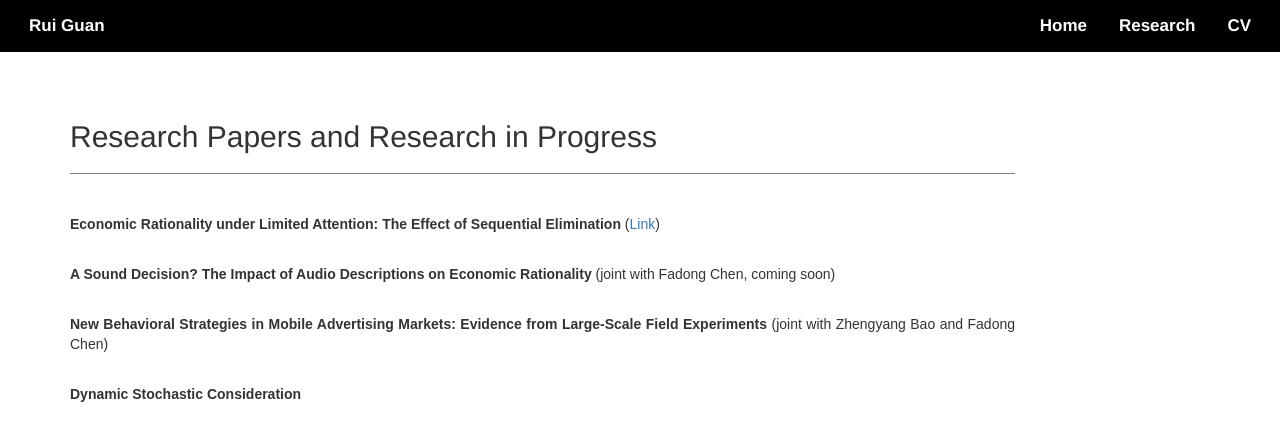
Repository: rui-guan/rui-guan.github.io
Page: research.html
An editor plug-in stored every save of this project. The page is shown before and after the next save, followed by the edit.
The browser window is 1280 px wide. The pictures show the whole page.

Above is the page before, as saved 2024-04-28 15:39:02.

### research.html

<!DOCTYPE html>
<html lang="en">


  <html lang="en">
    <head>
      <title>Rui Guan</title>
      <meta charset="utf-8">
      <meta name="viewport" content="width=device-width, initial-scale=1">
      <link rel="stylesheet" href="https://maxcdn.bootstrapcdn.com/bootstrap/3.3.6/css/bootstrap.min.css">
      <script src="https://ajax.googleapis.com/ajax/libs/jquery/1.12.0/jquery.min.js"></script>
      <script src="https://maxcdn.bootstrapcdn.com/bootstrap/3.3.6/js/bootstrap.min.js"></script>
      <link href='https://fonts.googleapis.com/css?family=Oswald:700' rel='stylesheet' type='text/css'>
      <style>

        p {text-align: justify;
          font-size: 14px;
          font-family: Arial, Helvetica, sans-serif;
        }


        nav{
    display: flex;
    position: fixed;
    top:0;
    width: 100%;
    background-color: black;
    overflow: auto;
    height: auto;
    padding-left: 15px;
    padding-right: 15px;
  }
  .left-links{
    flex:1 1 200px;
  }
  .links {
    display: inline-block;
    text-align: center;
    padding: 14px;
    color: white;
    text-decoration: none;
    font-size: 17px;
    font-weight: bolder;
  }
  .links:hover {
    color: white;
  }
  .selected{
    color: white;
  }

        </style>
    </head>
    <body>

    <!-- Navigation -->
<!-- Navigation -->
<nav>
  <div class="left-links">
    <a class="links"  href="index.html">Rui Guan</a>

  </div>
  <div class="right-links">

  <a class="links"  href="index.html">Home</a>
   <a class="links"  href="research.html">Research</a>
   <a class="links" href="./asset/cv.pdf">CV</a>
  </div>
  </nav>
  <!-- Page Content -->

  <br>
  <br>
  <br>
  <br>
  <br>

    <!-- Page Content -->
    <div class="container">

        <div class="row">
            <div class="col-md-10" style="height">
                <h2 id="slides">Research Papers and Research in Progress</h2>
                <hr style="height:1px;border-width:0;color:gray;background-color:gray">
                <br>
                <p>
                  <strong>Economic Rationality under Limited Attention: The Effect of Sequential Elimination</strong> (<a href="./paper/ERuLA.pdf">Link</a>)
                </p>
                <br>
                <p>
                  <strong>A Sound Decision? The Impact of Audio Descriptions on Economic Rationality </strong> (joint with Fadong Chen, coming soon)
                </p>
                <br>
                <p>
                  <strong>New Behavioral Strategies in Mobile Advertising Markets: Evidence from Large-Scale Field Experiments </strong> (joint with Zhengyang Bao and Fadong Chen)
                </p>
                <br>
                <p>
                  <strong>Dynamic Stochastic Consideration</strong>
                </p>
                <br>
                <br>
                <br>
          </div>
        </div>

    </div>
    <!-- /.container -->

</body>

</html>

After the next save:
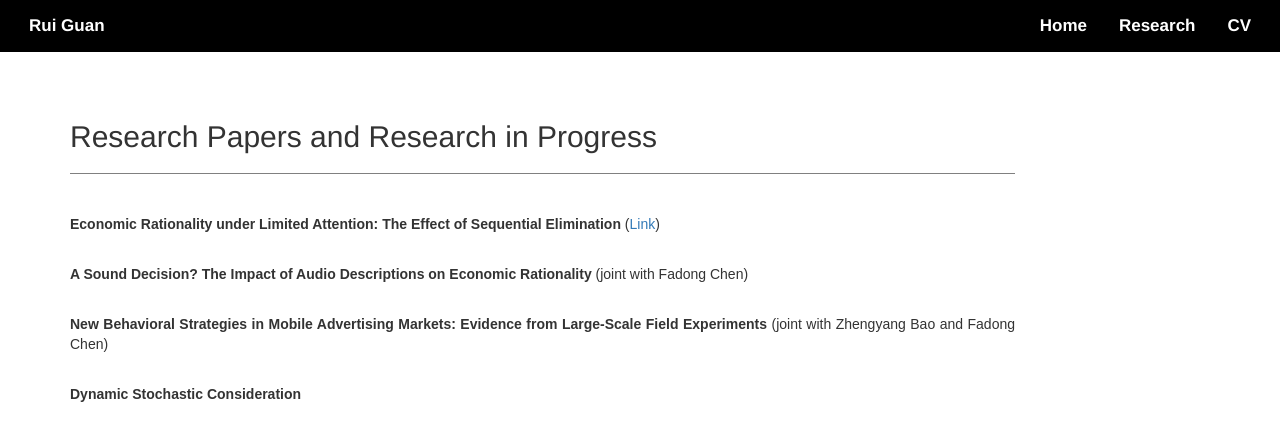
Saved 69 s later.
--- a/research.html
+++ b/research.html
@@ -89,7 +89,7 @@
                 </p>
                 <br>
                 <p>
-                  <strong>A Sound Decision? The Impact of Audio Descriptions on Economic Rationality </strong> (joint with Fadong Chen, coming soon)
+                  <strong>A Sound Decision? The Impact of Audio Descriptions on Economic Rationality </strong> (joint with Fadong Chen)
                 </p>
                 <br>
                 <p>
